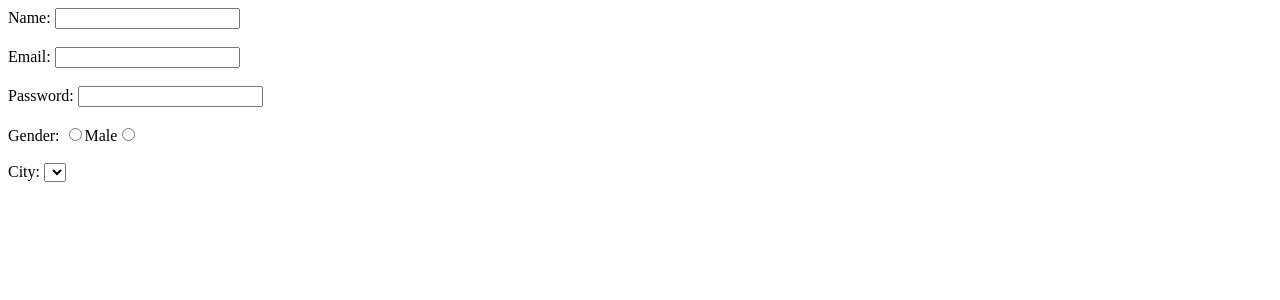
Repository: Strangeryoga/JSHS
Page: http://localhost/RegisterLogin/register.jsp
An editor plug-in stored every save of this project. The page is shown before and after the next save, followed by the edit.
The browser window is 1280 px wide. The pictures show the whole page.
The page is served by Tomcat 9. Other server files are loaded and not shown.

Above is the page before, as saved 2023-09-27 04:14:05.

### J2EE/RegisterLogin/src/main/webapp/register.jsp
<%@ page language="java" contentType="text/html; charset=UTF-8"
    pageEncoding="UTF-8"%>
<!DOCTYPE html>
<html>
<head>
<meta charset="UTF-8">
<title>Insert title here</title>
</head>
<body>
<form action="" method="post">
Name: <input type='text' name='name'/> <br/><br/>
Email: <input type='text' name='email'/> <br/><br/>
Password: <input type='password' name='pass'/> <br/><br/>
Gender: <input type='radio' name='gender1'/>Male<input type='radio' name='gender2'/> <br/><br/>
City: <select>
<options>Select city</options>
<options>Delhi</options>
<options>Mumbai</options>
<options>Pune</options>
</select><br/><br/>
</form>
</body>
</html>

After the next save:
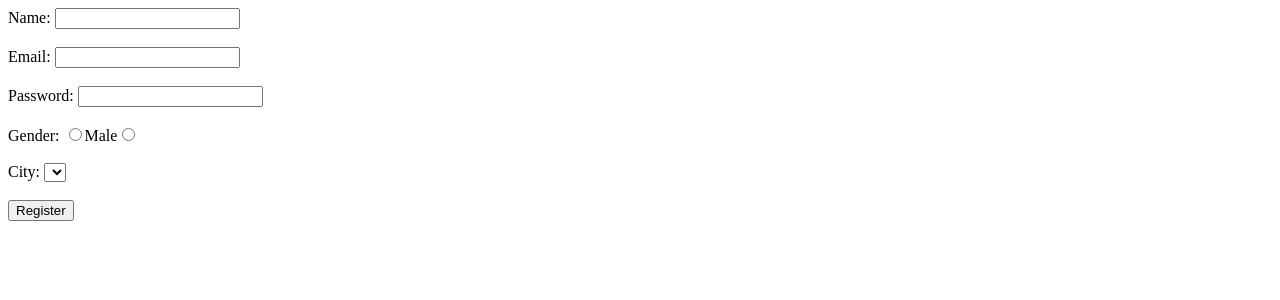
Saved 27 s later.
--- a/J2EE/RegisterLogin/src/main/webapp/register.jsp
+++ b/J2EE/RegisterLogin/src/main/webapp/register.jsp
@@ -18,6 +18,7 @@
 <options>Mumbai</options>
 <options>Pune</options>
 </select><br/><br/>
+<input type="submit" value="Register"/>
 </form>
 </body>
 </html>
